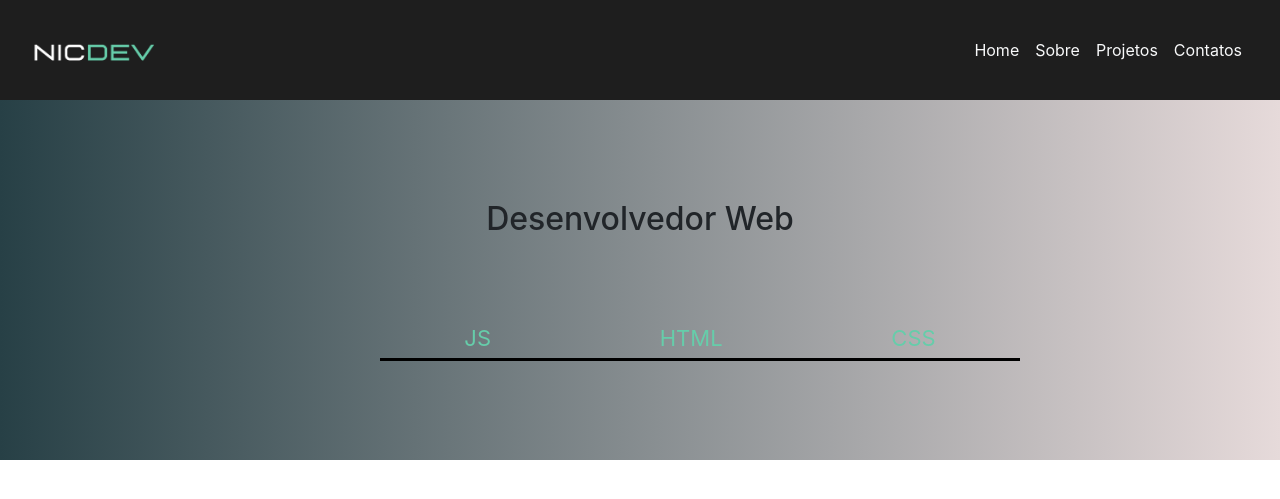
Repository: Leonngc/nicdev
Page: index.html
An editor plug-in stored every save of this project. The page is shown before and after the next save, followed by the edit.
The browser window is 1280 px wide. The pictures show the whole page.

Above is the page before, as saved 2023-04-14 10:43:26.

### index.html
<!DOCTYPE html>
<html lang="pt-br">
  <head>
    <meta charset="UTF-8" />
    <meta http-equiv="X-UA-Compatible" content="IE=edge" />
    <meta name="viewport" content="width=device-width, initial-scale=1.0" />
    <link rel="stylesheet" href="https://stackpath.bootstrapcdn.com/bootstrap/4.1.3/css/bootstrap.min.css" integrity="sha384-MCw98/SFnGE8fJT3GXwEOngsV7Zt27NXFoaoApmYm81iuXoPkFOJwJ8ERdknLPMO" crossorigin="anonymous">
    <link rel="stylesheet" href="styles/gradiente.css">
    <title>nicdev</title>
  </head>
  <body>

    <header>
      <nav class="navbar navbar-expand-lg navbar-dark" style="background-color: #1E1E1E; padding: 30px;">
        <a class="navbar-brand" href="#"><img src="images/nicdev-logo.png" alt="" style="width: 130px;"></a>
        <button class="navbar-toggler" type="button" data-toggle="collapse" data-target="#navbarNav" aria-controls="navbarNav" aria-expanded="false" aria-label="Alterna navegação">
          <span class="navbar-toggler-icon"></span>
        </button>
        <div class="collapse navbar-collapse justify-content-end" id="navbarNav">
          <ul class="navbar-nav" >
            <li class="nav-item active">
              <a class="nav-link text-light" href="#">Home <span class="sr-only">(Página atual)</span></a>
            </li>
            <li class="nav-item">
              <a class="nav-link text-light" href="#">Sobre</a>
            </li>
            <li class="nav-item ">
              <a class="nav-link text-light" href="#">Projetos</a>
            </li>
            <li class="nav-item">
              <a class="nav-link text-light" href="#">Contatos</a>
            </li>
          </ul>
        </div>
      </nav>
    </header>

    <div class="contain">
      <h2>Desenvolvedor Web</h2>
      <div class="skills">
        <span>JS</span>
        <span>HTML</span>
        <span>CSS</span>
      </div>

      <img src="" alt="">
    </div>

    <script src="https://code.jquery.com/jquery-3.3.1.slim.min.js" integrity="sha384-q8i/X+965DzO0rT7abK41JStQIAqVgRVzpbzo5smXKp4YfRvH+8abtTE1Pi6jizo" crossorigin="anonymous"></script>
    <script src="https://cdnjs.cloudflare.com/ajax/libs/popper.js/1.14.3/umd/popper.min.js" integrity="sha384-ZMP7rVo3mIykV+2+9J3UJ46jBk0WLaUAdn689aCwoqbBJiSnjAK/l8WvCWPIPm49" crossorigin="anonymous"></script>
    <script src="https://stackpath.bootstrapcdn.com/bootstrap/4.1.3/js/bootstrap.min.js" integrity="sha384-ChfqqxuZUCnJSK3+MXmPNIyE6ZbWh2IMqE241rYiqJxyMiZ6OW/JmZQ5stwEULTy" crossorigin="anonymous"></script>
  </body>
</html>

### styles/gradiente.css
@import url('https://fonts.googleapis.com/css2?family=Bebas+Neue&display=swap');


.contain{
    margin: auto;
    width: 100vw;
    height: 50vh;
   justify-content: center;
   text-align: center;
   padding-top: 100px;
   background: #E6DADA;  /* fallback for old browsers */
background: -webkit-linear-gradient(to right, #274046, #E6DADA);  /* Chrome 10-25, Safari 5.1-6 */
background: linear-gradient(to right, #274046, #E6DADA); /* W3C, IE 10+/ Edge, Firefox 16+, Chrome 26+, Opera 12+, Safari 7+ */

}



.skills{
    width: 50%;
    display: flex;
    justify-content: space-around;
    margin-left: 380px;
    margin-right: 380px;
    margin-top: 80px;
    border-bottom: 3px solid black;
}

.skills > span{
    font-size: 22px;
    color: #66CDAA;
    padding: 3px;
}

@media screen and (max-width: 900px) {
    .skills{
        margin: auto;
    }
}

After the next save:
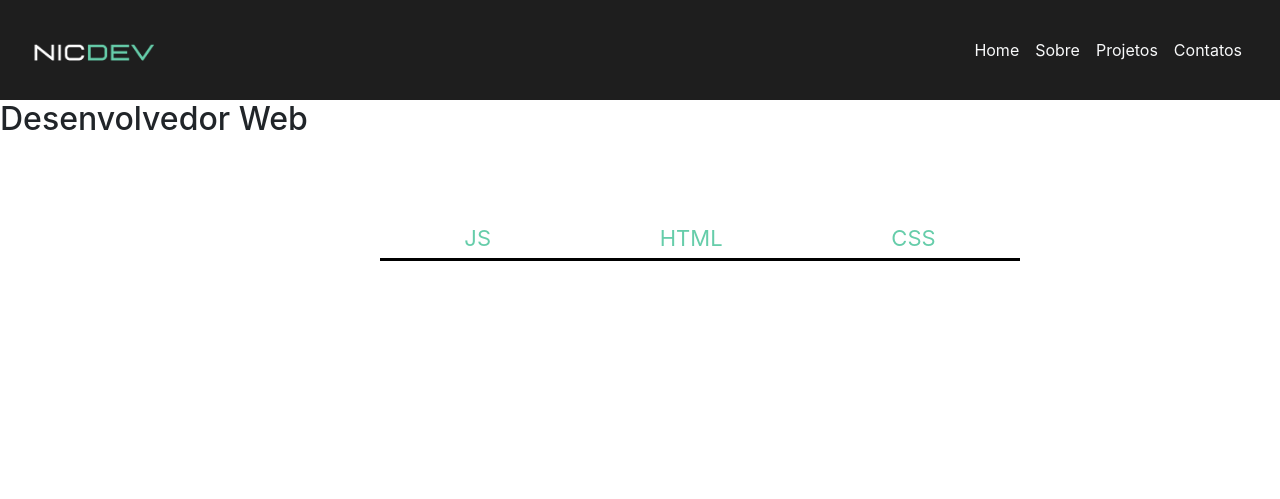
Saved 14 s later.
--- a/styles/gradiente.css
+++ b/styles/gradiente.css
@@ -1,6 +1,6 @@
 @import url('https://fonts.googleapis.com/css2?family=Bebas+Neue&display=swap');
 
-
+@
 .contain{
     margin: auto;
     width: 100vw;

After the save that followed:
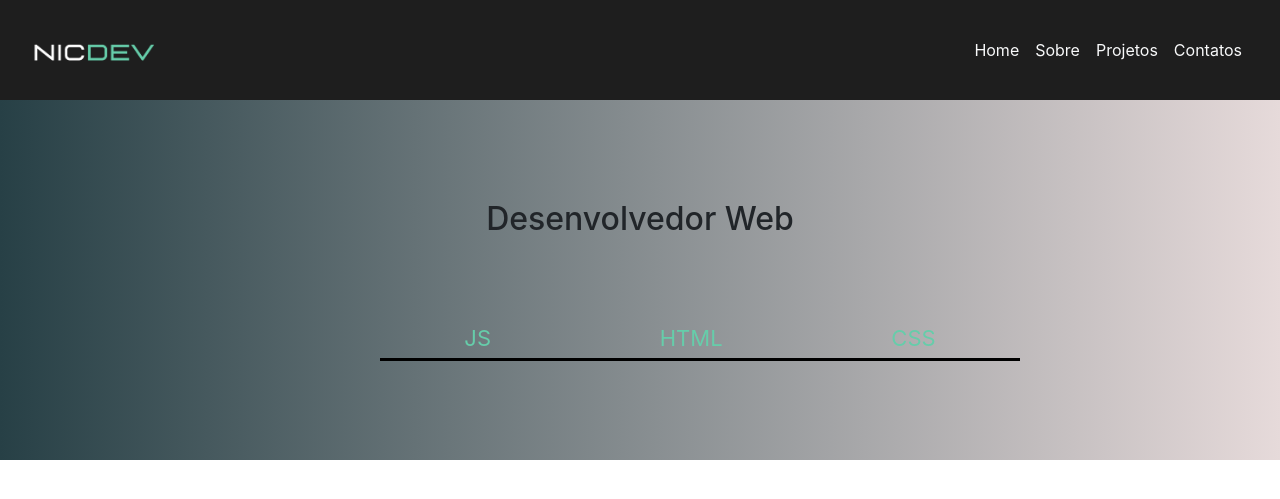
Saved 31 s later.
--- a/styles/gradiente.css
+++ b/styles/gradiente.css
@@ -1,6 +1,6 @@
 @import url('https://fonts.googleapis.com/css2?family=Bebas+Neue&display=swap');
 
-@
+
 .contain{
     margin: auto;
     width: 100vw;
